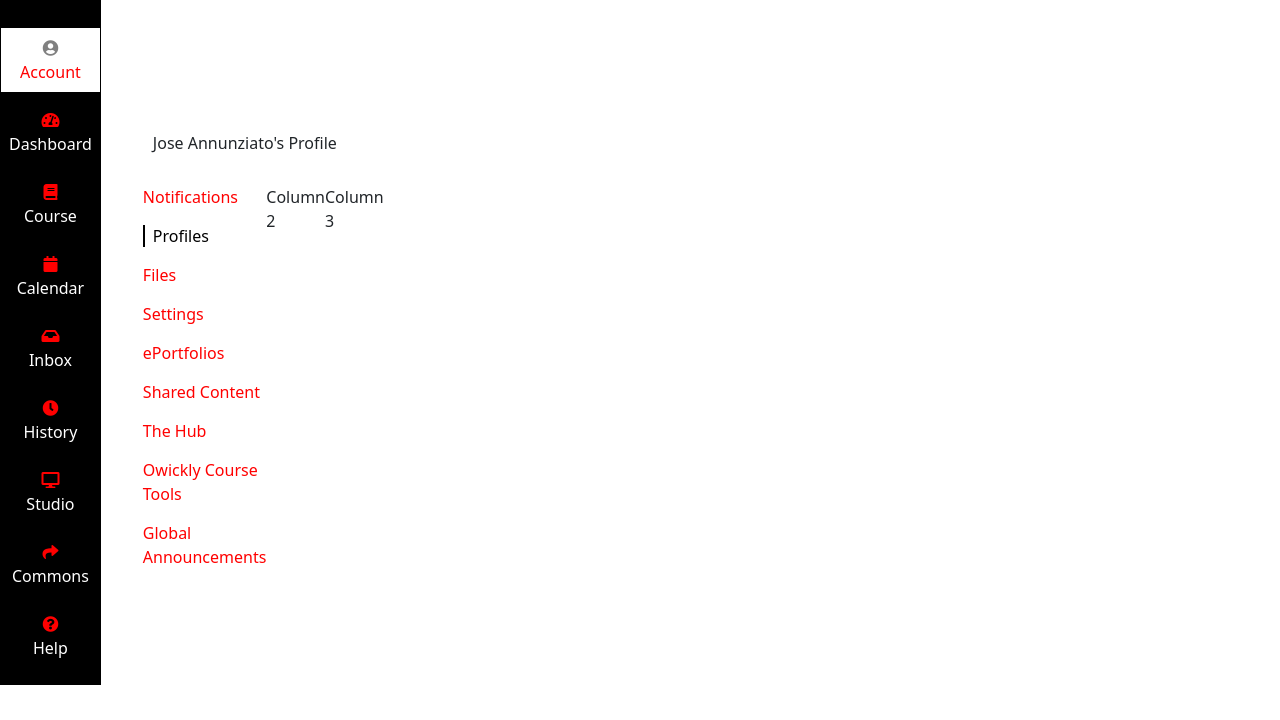
Repository: yuqiant/kanbas-react-web-app
Page: public/kanbas/profile/index.html
An editor plug-in stored every save of this project. The page is shown before and after the next save, followed by the edit.
The browser window is 1280 px wide. The pictures show the whole page.

Above is the page before, as saved 2023-10-04 12:53:25.

### public/kanbas/profile/index.html
<!DOCTYPE html>
<html lang="en">

<head>
    <meta charset="UTF-8">
    <meta name="viewport" content="width=device-width, initial-scale=1.0">
    <title>Column Interaction</title>
    <link rel="stylesheet" href="../../vendors/fontawesome/css/all.min.css">
    <link rel="stylesheet" href="../../vendors/bootstrap/css/bootstrap.min.css" />
    <link href="../firstcol.css" rel="stylesheet" />
    <link href="../secondcol.css" rel="stylesheet" />
    <link href="index.css" rel="stylesheet" />


</head>

<body>
    <table>
        <tr>
            <td id="firstColumn">
                <ul>
                    <li class="active"><i class="fa fa-user-circle fa-inverse" style="color: grey;"></i><a
                            href="accountcol.html" style="color: red;">Account</a>
                    </li>
                    <li><i class="fas fa-tachometer-alt" style="color: red;"></i><a href="#">Dashboard</a></li>
                    <li><i class="fas fa-book" style="color: red;"></i><a href="coursecol.html">Course</a></li>
                    <li><i class="fas fa-calendar" style="color: red;""></i><a href=" #">Calendar</a></li>
                    <li><i class="fas fa-inbox" style="color: red;"></i><a href="#">Inbox</a></li>
                    <li><i class="fas fa-clock" style="color: red;"></i><a href="#">History</a></li>
                    <li><i class="fas fa-desktop" style="color: red;"></i><a href="#">Studio</a></li>
                    <li><i class="fas fa-share" style="color: red;"></i><a href="#">Commons</a></li>
                    <li><i class="fas fa-question-circle" style="color: red;"></i><a href="#">Help</a></li>
                </ul>
            </td>
            <td id="secondColumn">
                <div class="container">
                    <div class="box">Jose Annunziato's Profile</div>
                    <div class="columns">
                        <div class="column1">
                            <ul>
                                <li><a href="#">Notifications</a></li>
                                <li class="active"><a href="profile/index.html">Profiles</a></li>
                                <li><a href="#">Files</a></li>
                                <li><a href="#">Settings</a></li>
                                <li><a href="#">ePortfolios</a></li>
                                <li><a href="#">Shared Content</a></li>
                                <li><a href="#">The Hub</a></li>
                                <li><a href="#">Owickly Course Tools</a></li>
                                <li><a href="#">Global Announcements</a></li>

                            </ul>
                        </div>
                        <div class="column">Column 2</div>
                        <div class="column">Column 3</div>
                    </div>
                </div>


            </td>

            <!-- <td id="thirdColumn">
                <div class="wd-grid-row">
                    <div class="wd-grid-col-half-page wd-bg-color-yellow">
                    <h3>Jose Annunziato's Profile</h3>
                     </div>

                </div>



                <div>Jose Annunziato's Profile</div>
                <ul><i class="fa fa-user fa-8x" aria-hidden="true" style="color: grey;"></i></ul>


                <h2>Jose Annunziato</h2>


                <h3>Contact</h3>
                <div>No registered services, you can add some on the <a href="#">settings</a> page.</div>

                <h3>Biography</h3>
                <div>Faculty, Software Engineer, AI, Spacw, and renewables enthusiast.</div>

                <h3>Links</h3>
                <div><a href="#">YouTube</a></div>

            </td>

            <td id="fourthColumn">
                <form action="edit.html" method="get">
                    <button type="edit">Edit Profile</button>
                </form>

            </td> -->

        </tr>
    </table>

</body>

</html>

### public/kanbas/firstcol.css
.active {
    background-color: white;
    color: red;
}





#firstColumn {
    width: 80px;
    /* Adjust sidebar width as needed (between 75 and 85 pixels) */
    background-color: black;
    color: white;
    text-align: center;
    padding-top: 20px;
    /* Adjust top padding as needed */
}

/* Sidebar links styling */
#firstColumn ul {
    list-style-type: none;
    padding: 0;
}

#firstColumn li {
    margin: 8px 0;
    /* Adjust margin between links as needed (between 5 and 10 pixels) */
    padding: 8px;
    /* Adjust padding around links as needed (between 5 and 10 pixels) */
}



#firstColumn a {
    color: white;
    text-decoration: none;
    display: block;
}

/* Styling for active link */

### public/kanbas/secondcol.css
#secondColumn {
    width: 200px;
    /* background-color: #f5f5f5; */
    /* Background color for the sidebar */
    padding: 10px;
    border-left: 25px
}




#secondColumn a {
    color: red;
    text-decoration: none;

}


ul {
    list-style: none;
    padding: 0;
}

#secondColumn li {
    margin-bottom: 15px;
    padding-left: 20px;
}

#secondColumn li.active a {
    color: black;
    padding-left: 8px;

    /* padding-right: 10px; */

    border-left: 2px solid black;
}

### public/kanbas/profile/index.css
.wd-grid-row {
    clear: both;
}

.container {
    display: flex;
    flex-direction: column;
    margin-top: 0;
    /* Adjust this value as needed */
    padding-top: 0;
    /* Stack items vertically */
    /* height: 100vh; */
    /* Make container take up the full viewport height */
}

.box {
    padding: 20px;
    margin: 10px;
}

.columns {
    display: flex;
    /* Use flexbox for columns */
    justify-content: space-between;
    /* Distribute columns evenly horizontally */
    flex-grow: 1;
    /* Allow columns to grow and take remaining space */
}

.column1 {
    /* flex-basis: calc(33.33% - 20px); */
    /* Divide the available space into three equal columns, minus margin */
    /* padding: 20px; */
    /* margin: 10px; */
}

Loaded but not shown: public/vendors/fontawesome/css/all.min.css (library); public/vendors/bootstrap/css/bootstrap.min.css (library)

After the next save:
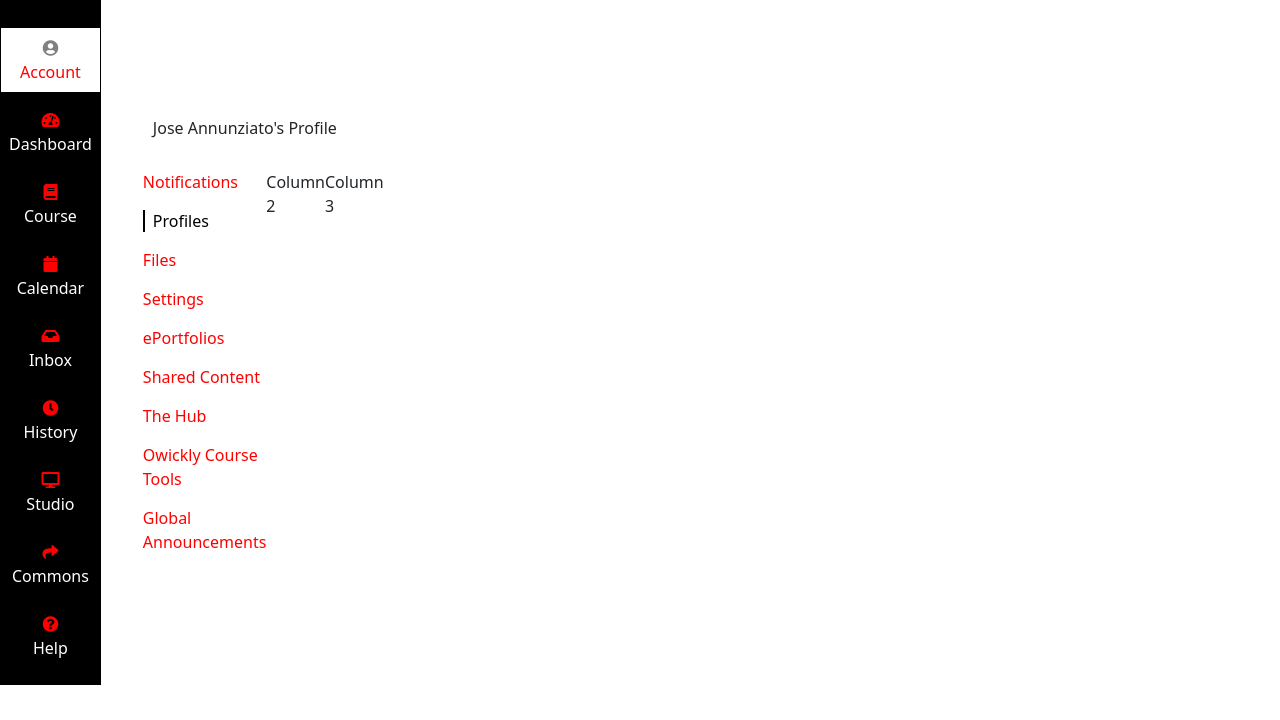
Saved 9 s later.
--- a/public/kanbas/profile/index.css
+++ b/public/kanbas/profile/index.css
@@ -16,6 +16,9 @@
 .box {
     padding: 20px;
     margin: 10px;
+    margin-top: 0;
+    /* Adjust this value as needed */
+    padding-top: 0;
 }
 
 .columns {
